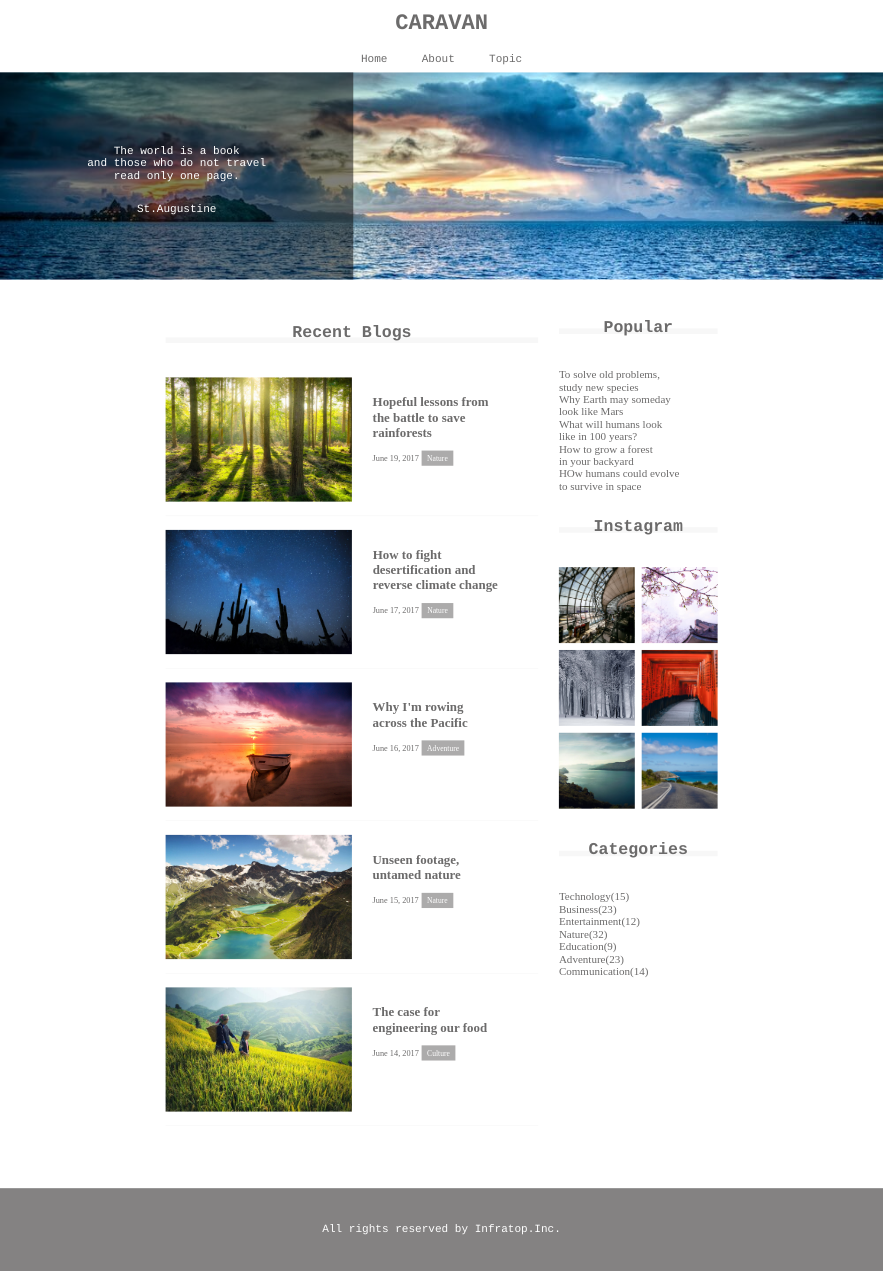
Repository: kk-um/advance1
Page: caravan/index.html
The author's editor kept a record of every edit. The page is drawn from the files as they stood at one moment, then again after the next edit.
The browser window is 1280 px wide. The pictures show the whole page, at 69% of full size.

Above is the page before.

After the next edit:
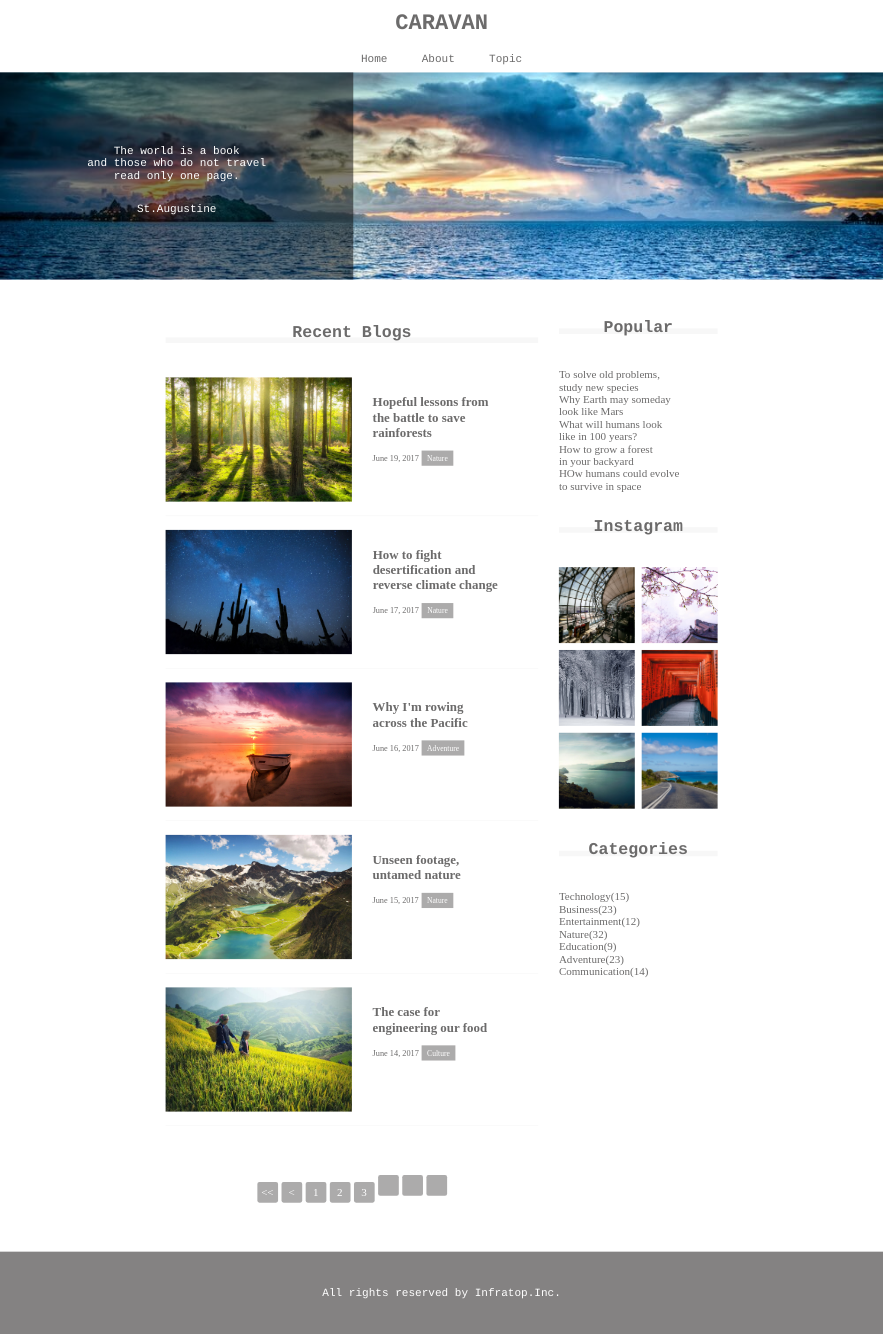
The edit:
--- a/caravan/index.html
+++ b/caravan/index.html
@@ -117,6 +117,17 @@
           </section>
         </div>
       </div>
+
+      <div class="pagination">
+        <p><<</p>
+        <p><</p>
+        <p>1</p>
+        <p>2</p>
+        <p>3</p>
+        <p></p>
+        <p></p>
+        <p></p>
+      </div>
       </section>
 
 
